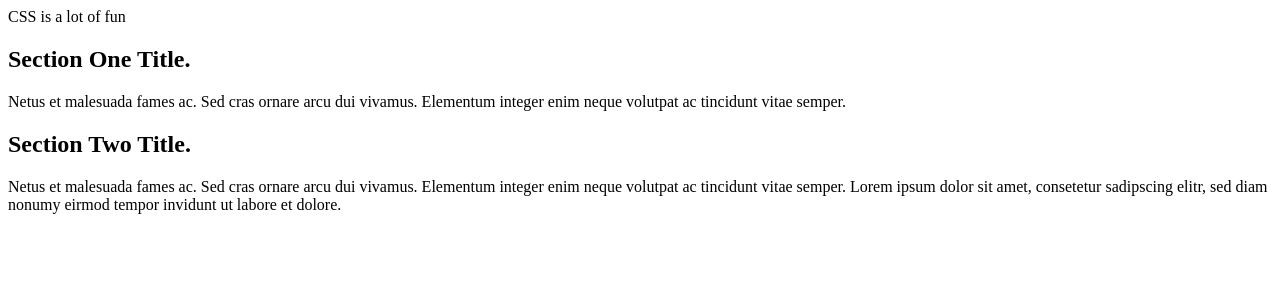
Repository: Doumham-Armah/sample-landing-page
Page: index.html
The author's editor kept a copy of each file at every save. The page is drawn from the files as they stood at one save, then again after the next save.
The browser window is 1280 px wide. The pictures show the whole page.

Above is the page before, as saved 2021-08-16 12:24:18.

### index.html
<!DOCTYPE html>
<html lang="en">
  <head>
    <meta charset="UTF-8" />
    <meta http-equiv="X-UA-Compatible" content="IE=edge" />
    <meta name="viewport" content="width=device-width, initial-scale=1.0" />
    <title>Document</title>
  </head>
  <body>
    <header>CSS is a lot of fun</header>

    <section class="section one">
      <h2>Section One Title.</h2>
      Netus et malesuada fames ac. Sed cras ornare arcu dui vivamus. Elementum
      integer enim neque volutpat ac tincidunt vitae semper.
    </section>

    <section class="section two">
      <h2>Section Two Title.</h2>
      Netus et malesuada fames ac. Sed cras ornare arcu dui vivamus. Elementum
      integer enim neque volutpat ac tincidunt vitae semper. Lorem ipsum dolor
      sit amet, consetetur sadipscing elitr, sed diam nonumy eirmod tempor
      invidunt ut labore et dolore.
    </section>
  </body>
</html>

After the next save:
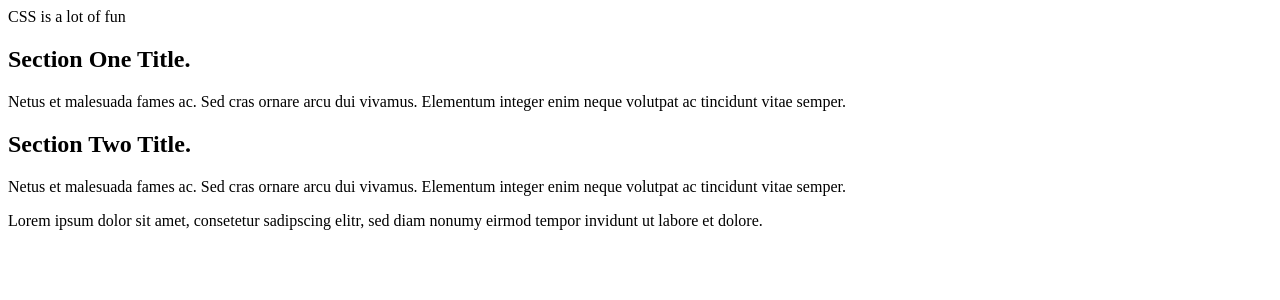
Saved 32 s later.
--- a/index.html
+++ b/index.html
@@ -18,9 +18,11 @@
     <section class="section two">
       <h2>Section Two Title.</h2>
       Netus et malesuada fames ac. Sed cras ornare arcu dui vivamus. Elementum
-      integer enim neque volutpat ac tincidunt vitae semper. Lorem ipsum dolor
-      sit amet, consetetur sadipscing elitr, sed diam nonumy eirmod tempor
-      invidunt ut labore et dolore.
+      integer enim neque volutpat ac tincidunt vitae semper.
+      <p>
+        Lorem ipsum dolor sit amet, consetetur sadipscing elitr, sed diam nonumy
+        eirmod tempor invidunt ut labore et dolore.
+      </p>
     </section>
   </body>
 </html>
